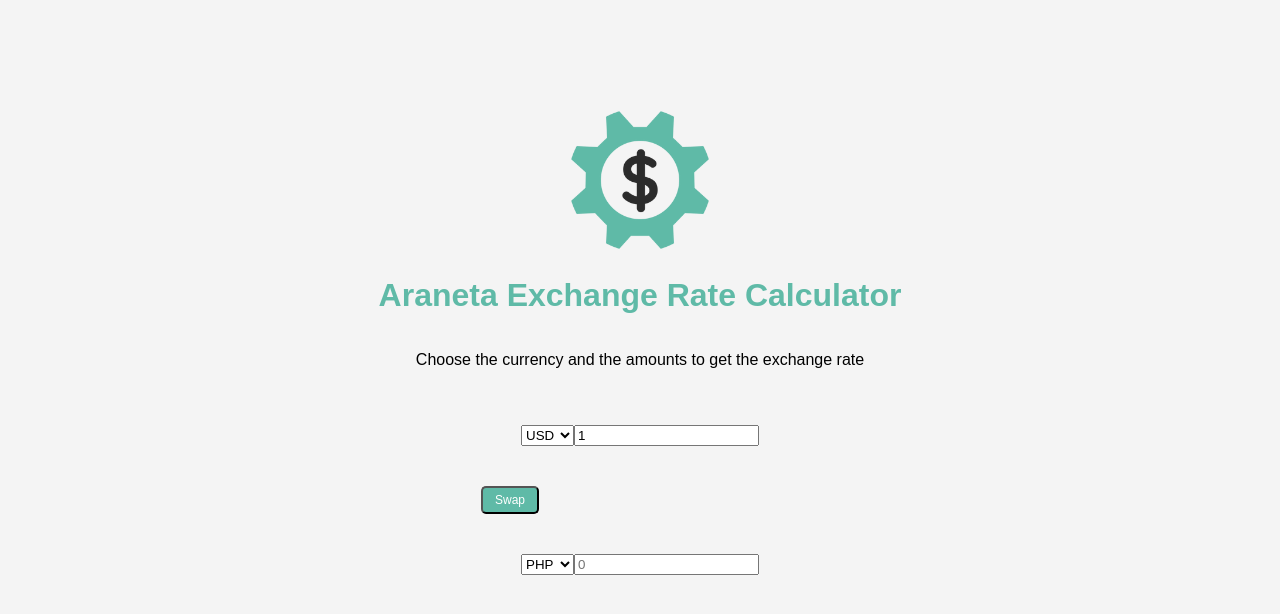
Repository: kenneth1175/ExchangeRateCalculator
Page: index.html
These files come from the project's save history. The page is drawn as it stood at one moment and after the next save; the edit follows.
The browser window is 1280 px wide. The pictures show the whole page.

Above is the page before, as saved 2025-10-03 22:55:22.

After the next save:
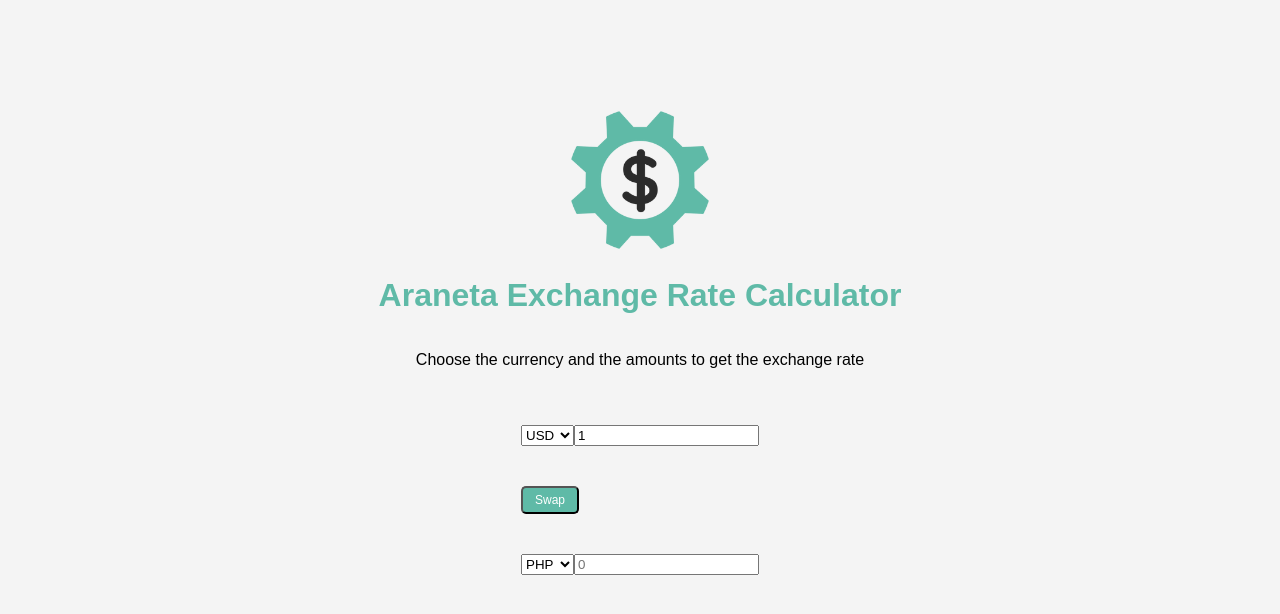
Saved 6 s later.
--- a/style.css
+++ b/style.css
@@ -40,6 +40,6 @@
 }
 
 .currency {
-  padding: 40px;
+  padding: 40px 0;
   display: flex;
 }

After the save that followed:
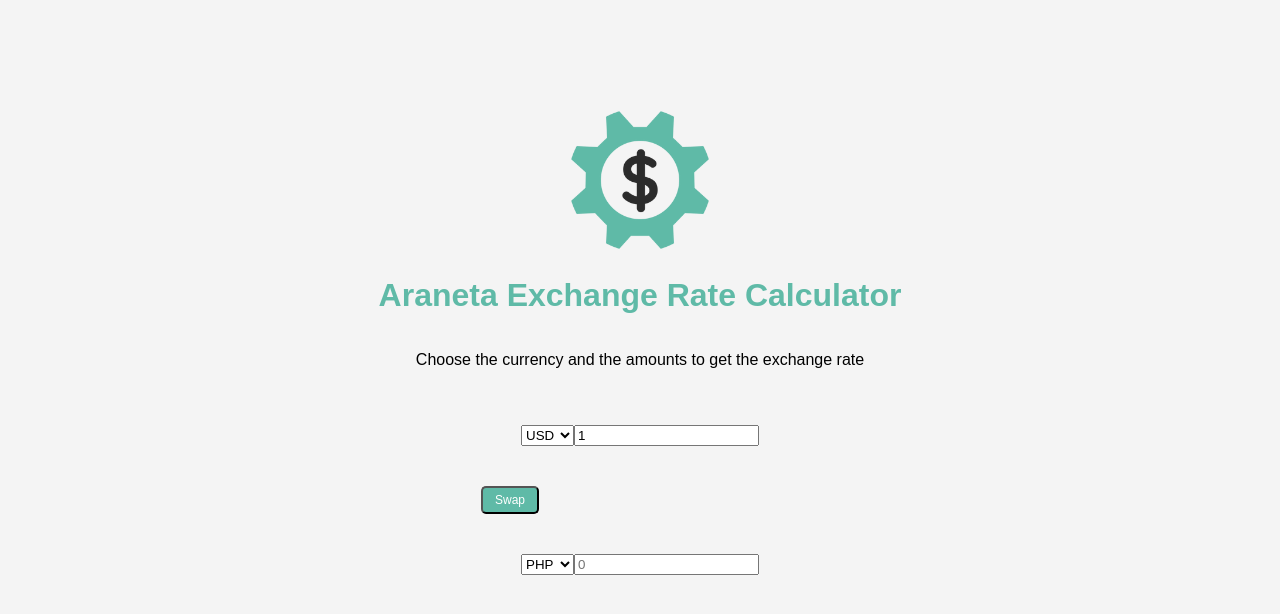
Saved 6 s later.
--- a/style.css
+++ b/style.css
@@ -40,6 +40,6 @@
 }
 
 .currency {
-  padding: 40px 0;
+  padding: 40px;
   display: flex;
 }
